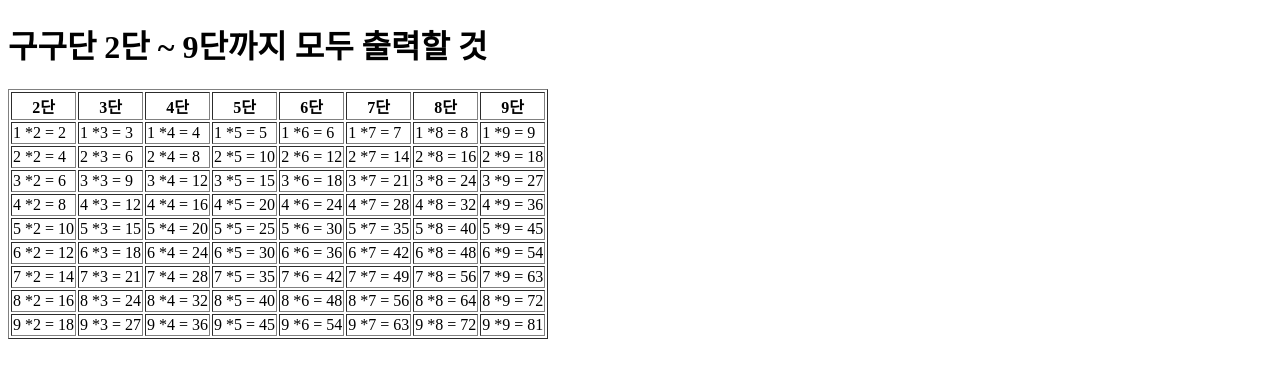
Repository: junirang330/Jsp2026
Page: http://localhost/chapter01/test02.jsp
These files come from the project's save history. The page is drawn as it stood at one moment and after the next save; the edit follows.
The browser window is 1280 px wide. The pictures show the whole page.
The page is served by Tomcat 9.

Above is the page before, as saved 2026-10-16 04:24:46.

After the next save:
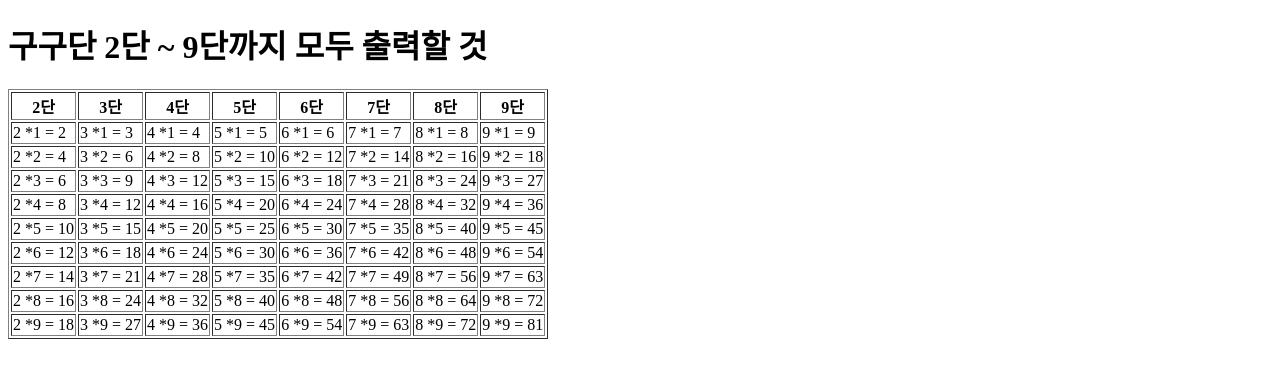
Saved 14 s later.
--- a/chapter01/src/main/webapp/test02.jsp
+++ b/chapter01/src/main/webapp/test02.jsp
@@ -24,7 +24,7 @@
 
 	<% for(int i = 2; i<=9; i++){ %>
 
-		<td><%=j %> *<%=i %> = <%= j*i %></td>
+		<td><%=i %> *<%=j %> = <%= i*j %></td>
 	<%
 
 		}
